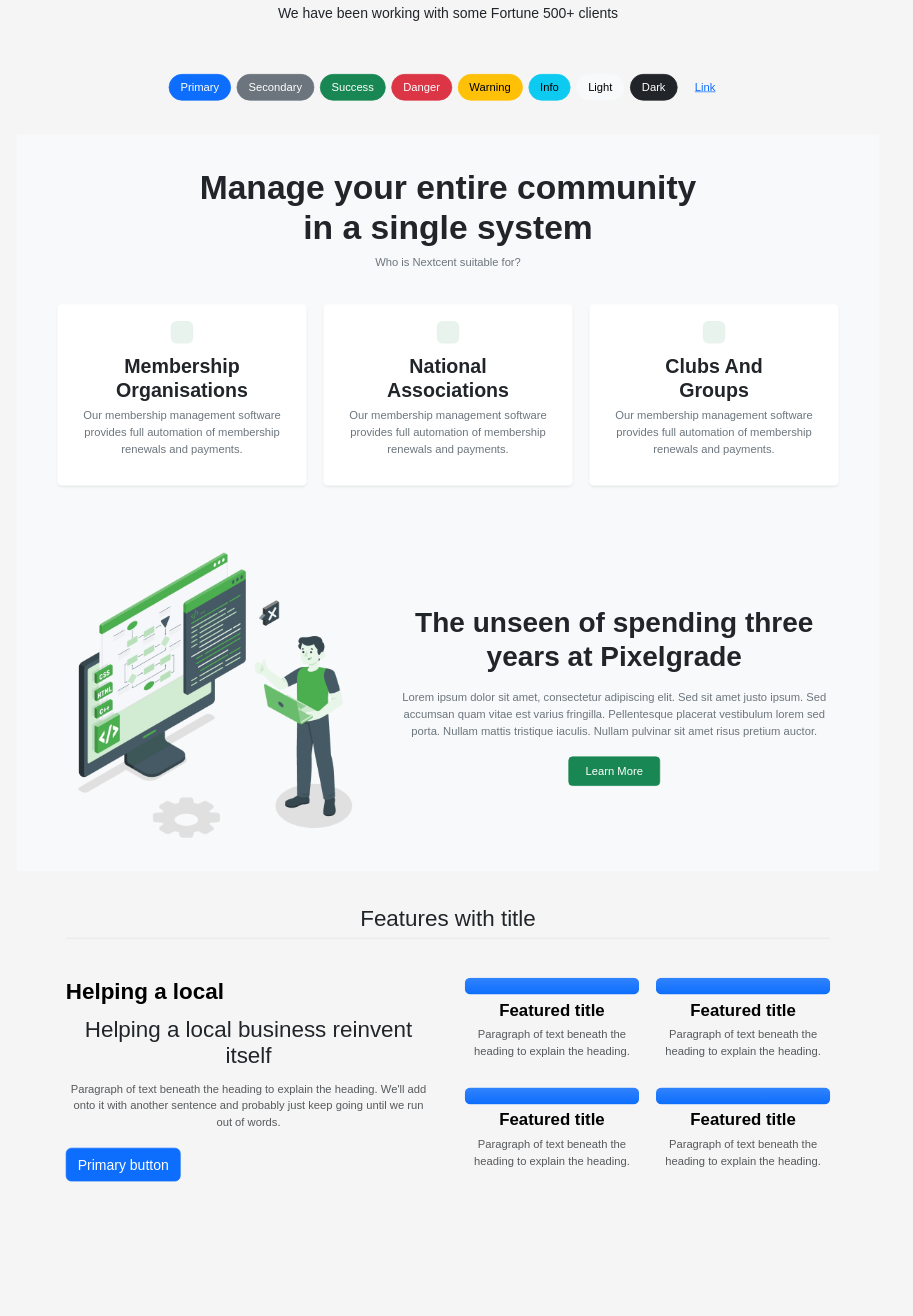
Repository: Laibaaa10/Bootstrap1
Page: index.html
The author's editor kept a copy of each file at every save. The page is drawn from the files as they stood at one save, then again after the next save.
The browser window is 1280 px wide. The page is 1304 px wide, so the pictures cover 1304 px, including what lies to the right of the window. The pictures show the part of the page from y = 974 to 2854 px (the page is 2854 px tall before and 2852 px after), at 70% of full size.

Above is the page before, as saved 2026-06-18 07:40:31.

### index.html
<!DOCTYPE html>
<html lang="en">

<head>
    <meta charset="UTF-8">
    <meta name="viewport" content="width=device-width, initial-scale=1.0">
    <title>Navbar</title>
    <link href="https://cdn.jsdelivr.net/npm/bootstrap@5.3.3/dist/css/bootstrap.min.css" rel="stylesheet">
    <link rel="stylesheet" href="style.css">
</head>

<body>
    <!-- Navbar start  -->

    <nav class="navbar navbar-expand-lg custom-navbar">
        <div class="container">


            <a class="navbar-brand d-flex align-items-center w-" href="#">
                <img src="./images/Logo (1).png" alt="Logo" class="logo">
            </a>



            <button class="navbar-toggler" type="button" data-bs-toggle="collapse" data-bs-target="#navbarContent">
                <span class="navbar-toggler-icon"></span>
            </button>

            <div class="collapse navbar-collapse" id="navbarContent">

                <ul class="navbar-nav mx-auto mb-2 mb-lg-0">
                    <li class="nav-item">
                        <a class="nav-link active" href="#">Home</a>
                    </li>
                    <li class="nav-item">
                        <a class="nav-link" href="#">Features</a>
                    </li>
                    <li class="nav-item">
                        <a class="nav-link" href="#">Community</a>
                    </li>
                    <li class="nav-item">
                        <a class="nav-link" href="#">Blog</a>
                    </li>
                    <li class="nav-item">
                        <a class="nav-link" href="#">Pricing</a>
                    </li>
                </ul>
                <a href="#" class="btn register-btn">
                    Register Now →
                </a>

            </div>
        </div>
    </nav>
    <!-- Navbar end -->

    <!-- Hero section start  -->

    <div class="row flex-lg-row-reverse align-items-center g-5 py-5">
        <div class="col-10 col-sm-8 col-lg-6"> <img src="./images/Illustration.png" class="d-block mx-lg-auto img-fluid"
                alt="Bootstrap Themes" width="700" height="500" loading="lazy"> </div>
        <div class="col-lg-6">
            <h1 class="display-5 fw-bold text-body-emphasis lh-1 mb-3">Lessons and insights</h1>
            <h1 class="display-5 fw-bold text-body-emphasis lh-1 mb-3 bg">from 8 years</h1>
            <p class="lead">where to grow your business as a photographer: site or social media</p>
            <div class="d-grid gap-2 d-md-flex justify-content-md-start"> <button type="button"
                    class="btn btn-outline-secondary btn-lg px-4 bgcolor">Register</button> </div>
        </div>
    </div>

    <div class="px-4 py-5 my-5 text-center">
        <h1 class="display-5 fw-bold text-body-emphasis">Our Clients</h1>
        <div class="col-lg-6 mx-auto">
            <p class="lead mb-4">We have been working with some Fortune 500+ clients</p>
        </div>
        <div class="d-flex gap-2 justify-content-center py-5"> <button class="btn btn-primary rounded-pill px-3"
                type="button">Primary</button> <button class="btn btn-secondary rounded-pill px-3"
                type="button">Secondary</button> <button class="btn btn-success rounded-pill px-3"
                type="button">Success</button> <button class="btn btn-danger rounded-pill px-3"
                type="button">Danger</button> <button class="btn btn-warning rounded-pill px-3"
                type="button">Warning</button> <button class="btn btn-info rounded-pill px-3"
                type="button">Info</button> <button class="btn btn-light rounded-pill px-3" type="button">Light</button>
            <button class="btn btn-dark rounded-pill px-3" type="button">Dark</button> <button
                class="btn btn-link rounded-pill px-3" type="button">Link</button> </div>


             <section class="py-5 bg-light">
    <div class="container">

        <div class="text-center mb-5">
            <h1 class="fw-bold display-5 text-dark">
                Manage your entire community <br>
                in a single system
            </h1>

            <p class="text-secondary">
                Who is Nextcent suitable for?
            </p>
        </div>

        <div class="row g-4">
            <div class="col-md-4">
                <div class="card border-0 shadow-sm h-100 text-center p-4">

                    <div class="mx-auto bg-success bg-opacity-10 rounded-3 p-3 mb-3">
                        <i class="bi bi-people fs-2 text-success"></i>
                    </div>

                    <h3 class="fw-bold">
                        Membership <br> Organisations
                    </h3>

                    <p class="text-secondary">
                        Our membership management software provides full automation of membership renewals and payments.
                    </p>

                </div>
            </div>
            <div class="col-md-4">
                <div class="card border-0 shadow-sm h-100 text-center p-4">

                    <div class="mx-auto bg-success bg-opacity-10 rounded-3 p-3 mb-3">
                        <i class="bi bi-building fs-2 text-success"></i>
                    </div>

                    <h3 class="fw-bold">
                        National <br> Associations
                    </h3>

                    <p class="text-secondary">
                        Our membership management software provides full automation of membership renewals and payments.
                    </p>

                </div>
            </div>
            <div class="col-md-4">
                <div class="card border-0 shadow-sm h-100 text-center p-4">

                    <div class="mx-auto bg-success bg-opacity-10 rounded-3 p-3 mb-3">
                        <i class="bi bi-diagram-3 fs-2 text-success"></i>
                    </div>

                    <h3 class="fw-bold">
                        Clubs And <br> Groups
                    </h3>

                    <p class="text-secondary">
                        Our membership management software provides full automation of membership renewals and payments.
                    </p>

                </div>
            </div>

        </div>

    </div>
</section>

<section class="bg-light py-5">
    <div class="container">
        <div class="row align-items-center">

            <!-- Image Section -->
            <div class="col-lg-5 text-center mb-4 mb-lg-0">
                <img src="illustration.png" alt="Illustration"
                     class="img-fluid">
            </div>

            <!-- Content Section -->
            <div class="col-lg-7">
                <h1 class="fw-bold text-dark mb-4">
                    The unseen of spending three years at Pixelgrade
                </h1>

                <p class="text-secondary mb-4">
                    Lorem ipsum dolor sit amet, consectetur adipiscing elit.
                    Sed sit amet justo ipsum. Sed accumsan quam vitae est
                    varius fringilla. Pellentesque placerat vestibulum lorem
                    sed porta. Nullam mattis tristique iaculis. Nullam pulvinar
                    sit amet risus pretium auctor.
                </p>

                <button class="btn btn-success px-4 py-2">
                    Learn More
                </button>
            </div>

        </div>
    </div>
</section>

<div class="container px-4 py-5">
    <h2 class="pb-2 border-bottom">Features with title</h2>
    <div class="row row-cols-1 row-cols-md-2 align-items-md-center g-5 py-5">
         <div class="col d-flex flex-column align-items-start gap-2">
             <h2 class="fw-bold text-body-emphasis">Helping a local </h2>
             <h2>Helping a local business reinvent itself</h2>
              <p class="text-body-secondary">Paragraph of text beneath the heading to explain the heading. We'll add onto it with another sentence and probably just keep going until we run out of words.</p>
               <a href="#" class="btn btn-primary btn-lg">Primary button</a>
             </div>
              <div class="col"> <div class="row row-cols-1 row-cols-sm-2 g-4">
                <div class="col d-flex flex-column gap-2">
                    <div class="feature-icon-small d-inline-flex align-items-center justify-content-center text-bg-primary bg-gradient fs-4 rounded-3">
                        <svg class="bi" width="1em" height="1em" aria-hidden="true">
                             <use xlink:href="#collection">
                             </use>
                            </svg>
                         </div>
                          <h4 class="fw-semibold mb-0 text-body-emphasis">Featured title</h4>
                           <p class="text-body-secondary">Paragraph of text beneath the heading to explain the heading.</p>
                        </div>
                         <div class="col d-flex flex-column gap-2">
                            <div class="feature-icon-small d-inline-flex align-items-center justify-content-center text-bg-primary bg-gradient fs-4 rounded-3">
                                <svg class="bi" width="1em" height="1em" aria-hidden="true">
                                     <use xlink:href="#gear-fill">
                                     </use>
                                    </svg>
                                </div>
                                 <h4 class="fw-semibold mb-0 text-body-emphasis">Featured title</h4>
                                  <p class="text-body-secondary">Paragraph of text beneath the heading to explain the heading.</p>
                                </div>
                                <div class="col d-flex flex-column gap-2">
                                     <div class="feature-icon-small d-inline-flex align-items-center justify-content-center text-bg-primary bg-gradient fs-4 rounded-3">
                                        <svg class="bi" width="1em" height="1em" aria-hidden="true"> <use xlink:href="#speedometer"></use>
                                        </svg>
                                     </div>
                                      <h4 class="fw-semibold mb-0 text-body-emphasis">Featured title</h4>
                                      <p class="text-body-secondary">Paragraph of text beneath the heading to explain the heading.</p>
                                     </div>
                                      <div class="col d-flex flex-column gap-2"> <div class="feature-icon-small d-inline-flex align-items-center justify-content-center text-bg-primary bg-gradient fs-4 rounded-3"> <svg class="bi" width="1em" height="1em" aria-hidden="true">
                                         <use xlink:href="#table"></use>
                                        </svg>
                                    </div>
                                     <h4 class="fw-semibold mb-0 text-body-emphasis">Featured title</h4>
                                     <p class="text-body-secondary">Paragraph of text beneath the heading to explain the heading.</p>
                                     </div>
                                    </div>
                                 </div>
                                 </div>
                                </div>

</body>
</html>


<!-- Hero section end  -->
        <script src="https://cdn.jsdelivr.net/npm/bootstrap@5.3.3/dist/js/bootstrap.bundle.min.js"></script>

</body>

</html>

### style.css
body {
    margin: 0;
    background: #f5f5f5;
    font-family: Arial, sans-serif;
}

.custom-navbar {
    background: #ffffff;
    padding: 12px 0;
    box-shadow: 0 1px 5px rgba(0,0,0,0.05);
}

.logo {
    height: 45px;
    width: auto;
}

.navbar-nav .nav-link {
    color: #333;
    font-size: 15px;
    font-weight: 500;
    margin: 0 12px;
    transition: 0.3s;
}

.navbar-nav .nav-link:hover,
.navbar-nav .nav-link.active {
    color: #28a745;
}

.register-btn {
    background: #4CAF50;
    color: #fff;
    padding: 10px 24px;
    border-radius: 4px;
    font-size: 14px;
    font-weight: 500;
    text-decoration: none;
    transition: 0.3s;
}

.register-btn:hover {
    background: #43a047;
    color: #fff;
}

@media (max-width: 991px) {
    .navbar-nav {
        text-align: center;
        padding: 15px 0;
    }

    .register-btn {
        display: block;
        width: fit-content;
        margin: 15px auto 0;
    }
}
.bgcolor{
    background-color: #4CAF4F;
    text-decoration: none;
    color: white;
}

After the next save:
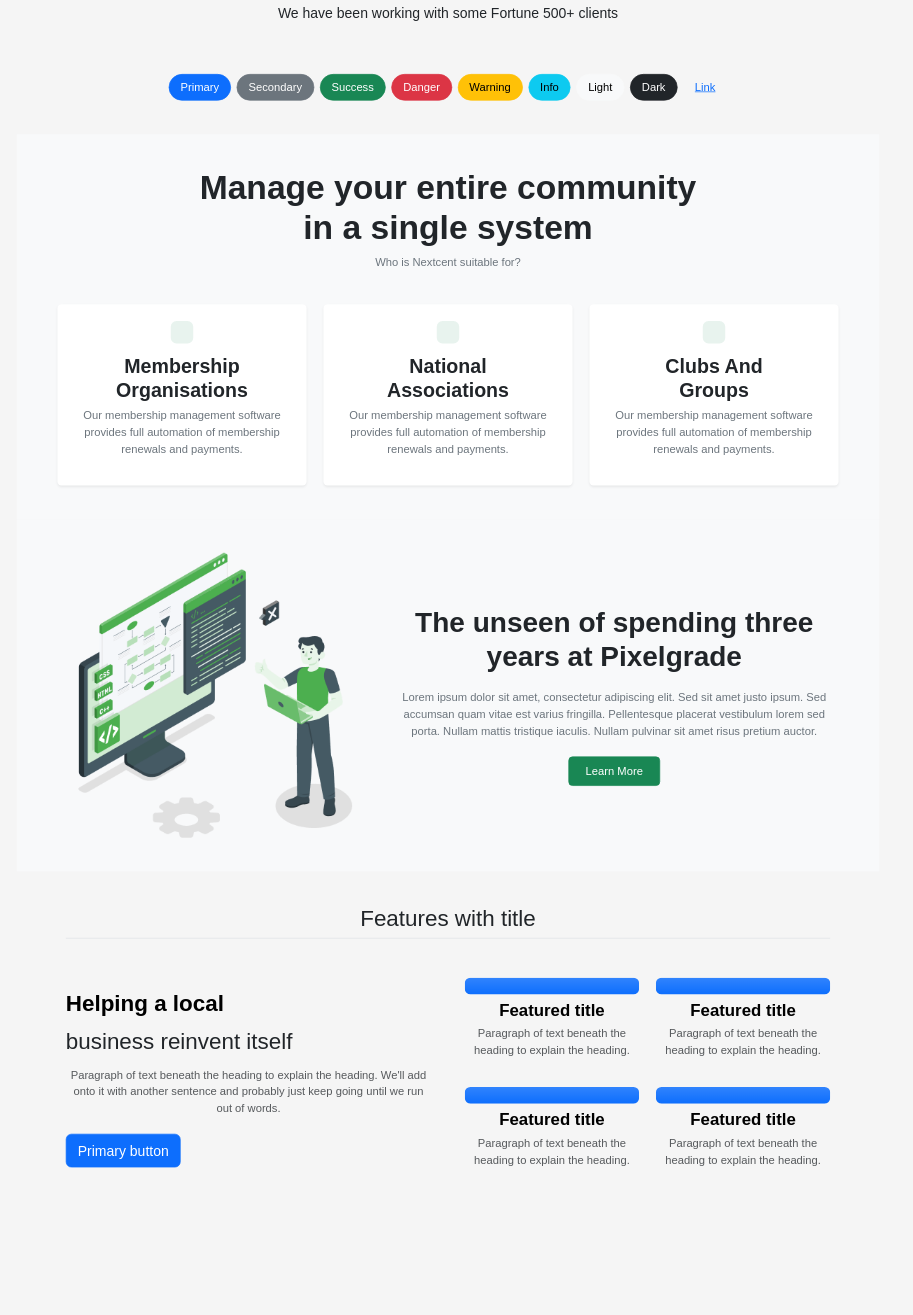
Saved 8 s later.
--- a/index.html
+++ b/index.html
@@ -194,7 +194,7 @@
     <div class="row row-cols-1 row-cols-md-2 align-items-md-center g-5 py-5">
          <div class="col d-flex flex-column align-items-start gap-2">
              <h2 class="fw-bold text-body-emphasis">Helping a local </h2>
-             <h2>Helping a local business reinvent itself</h2>
+             <h2>business reinvent itself</h2>
               <p class="text-body-secondary">Paragraph of text beneath the heading to explain the heading. We'll add onto it with another sentence and probably just keep going until we run out of words.</p>
                <a href="#" class="btn btn-primary btn-lg">Primary button</a>
              </div>
